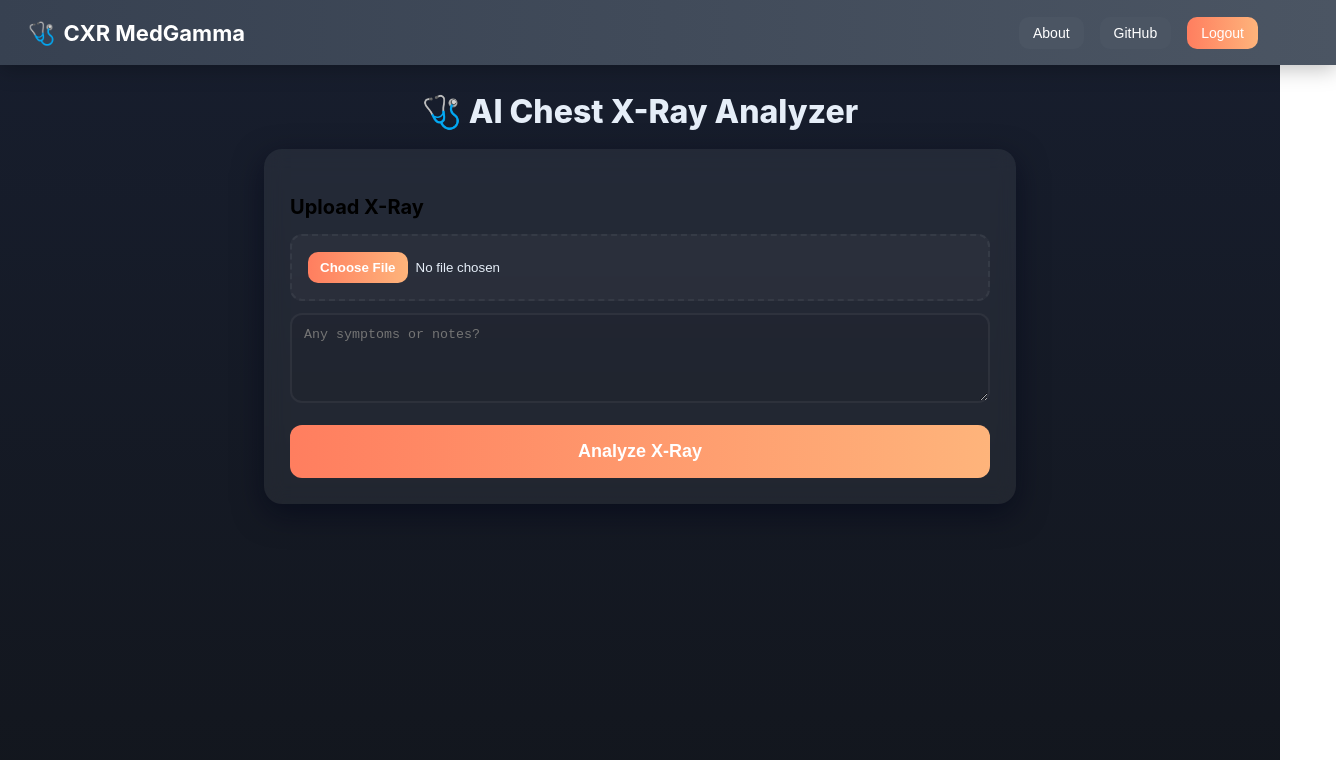
Repository: G-725/cxr-rrg
Page: /dashboard (app in my-react-app/)
The author's editor kept a copy of each file at every save. The page is drawn from the files as they stood at one save, then again after the next save.
The browser window is 1280 px wide. The page is 1336 px wide, so the pictures cover 1336 px, including what lies to the right of the window. The pictures show the whole page.
The project was rebuilt for these pictures with package versions that can differ from the ones it lists, and the page was loaded fresh each time. Also part of the build but not shown: my-react-app/src/auth.css, my-react-app/src/pages/login.js, my-react-app/src/pages/Register.js. Imported but missing from the stored project, and not drawn on this page: my-react-app/src/api.

Above is the page before, as saved 2025-11-29 15:31:15.

After the next save:
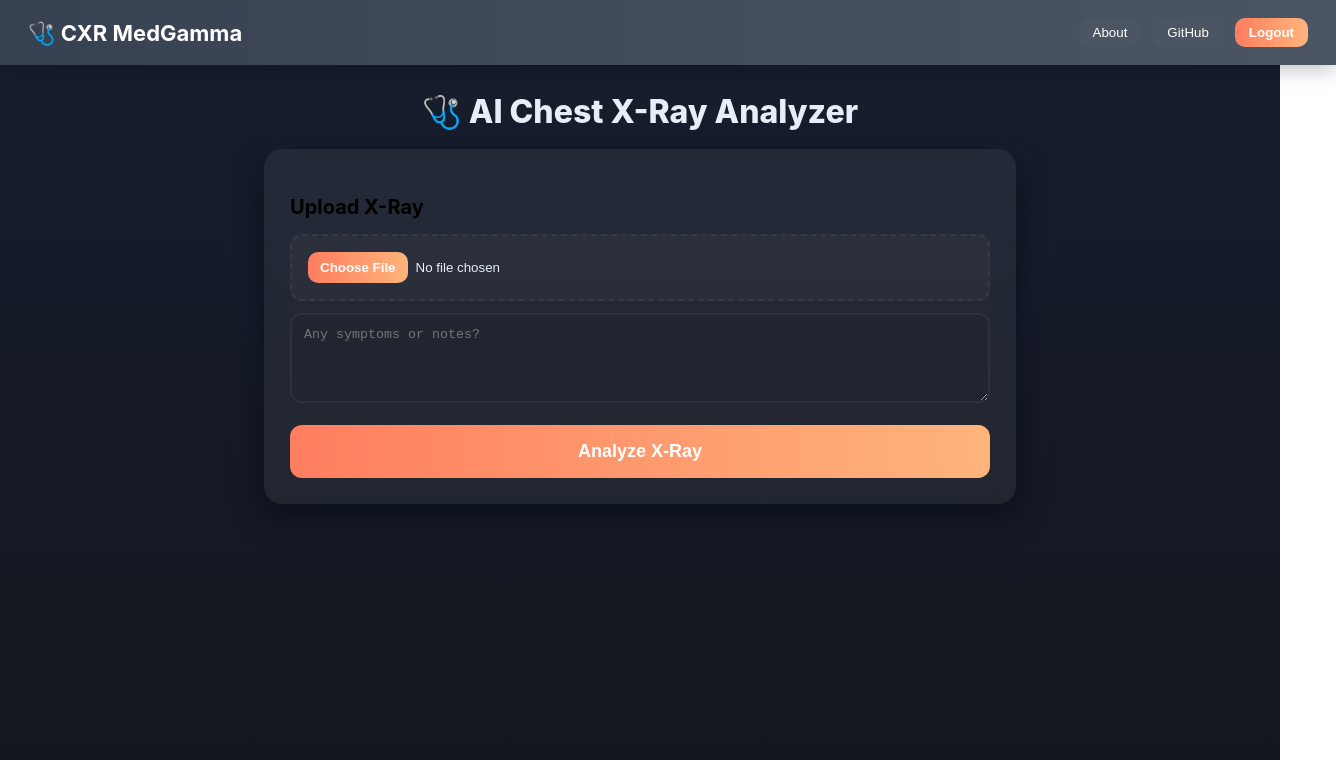
Saved 14 s later.
--- a/my-react-app/src/components/Navbar.css
+++ b/my-react-app/src/components/Navbar.css
@@ -1,4 +1,3 @@
-/* NAVBAR BASE */
 .navbar {
   width: 100%;
   height: 65px;
@@ -14,67 +13,41 @@
   z-index: 100;
 }
 
-/* Fade animation */
-.premium-fade {
-  animation: fadeIn 0.7s ease-out;
-}
-
-@keyframes fadeIn {
-  from { opacity: 0; transform: translateY(-10px); }
-  to { opacity: 1; transform: translateY(0); }
-}
-
-/* Left Title */
 .nav-left {
   font-size: 22px;
   font-weight: 700;
-  display: flex;
-  align-items: center;
-}
-.nav-left span {
-  margin-left: 8px;
 }
 
-/* Right Buttons */
 .nav-right {
   display: flex;
-  gap: 16px;
+  gap: 12px;
 }
 
-/* Premium Button */
 .nav-btn {
+  padding: 7px 14px;
   background: #4b5563;
-  padding: 8px 14px;
   border-radius: 10px;
   border: none;
-  color: #fff;
-  font-size: 14px;
+  color: white;
+  transition: 0.25s ease;
   cursor: pointer;
-  transition: 0.25s ease;
 }
 
 .nav-btn:hover {
   background: linear-gradient(90deg, #ff7e5f, #feb47b);
   transform: scale(1.05);
-  box-shadow: 0 4px 10px rgba(0,0,0,0.25);
 }
 
-/* Logout in Orange ASHOM Theme */
 .logout-btn {
+  padding: 7px 14px;
+  border-radius: 10px;
   background: linear-gradient(90deg, #ff7e5f, #feb47b);
-  padding: 8px 14px;
   border: none;
-  border-radius: 10px;
+  font-weight: 700;
   color: white;
-  font-size: 14px;
-  cursor: pointer;
   transition: 0.25s ease;
-  margin-right: 50px;
 }
 
 .logout-btn:hover {
-  transform: scale(1.05);
-  box-shadow: 0 4px 12px rgba(0,0,0,0.25);
+  transform: scale(1.08);
 }
-
-/* gold-badge removed — premium label no longer used */
